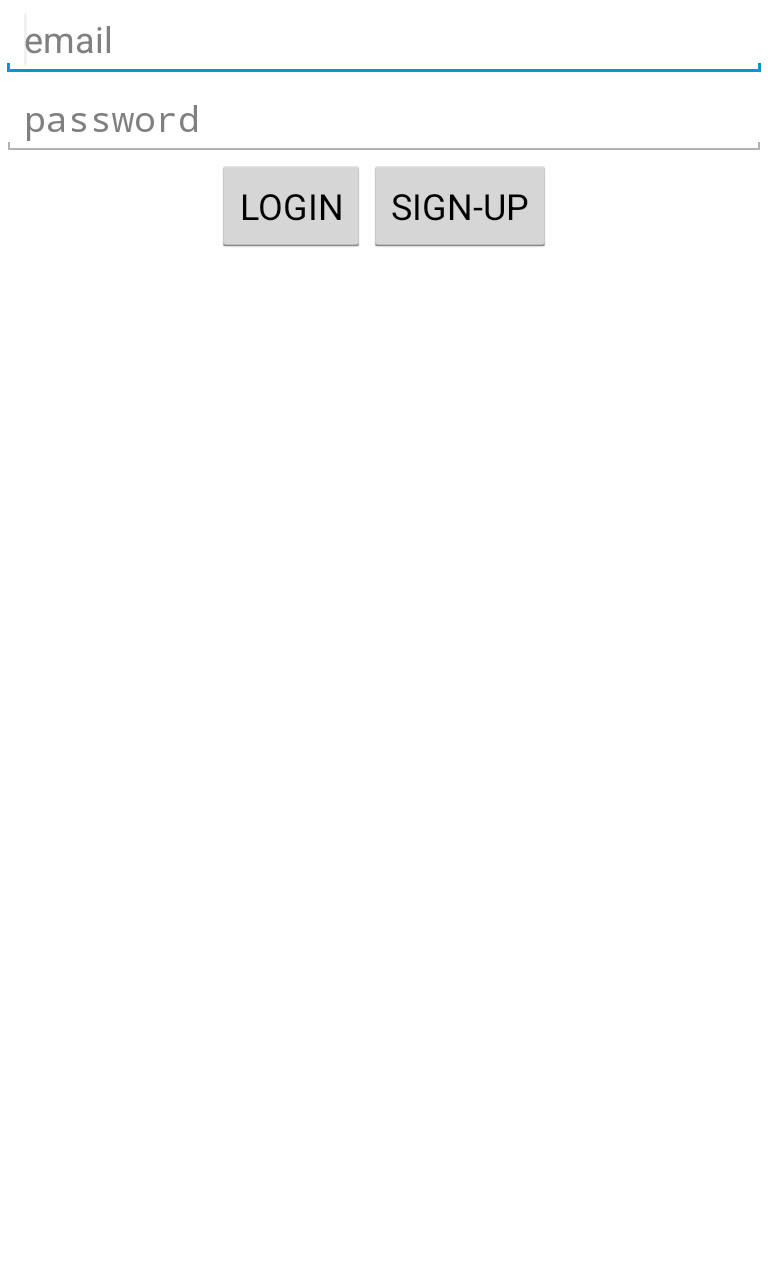
Repository: elvispap/The_Voice_of_People_Android_app
Layout: Voice of People/res/layout/login.xml
An editor plug-in stored every save of this project. The layout is shown before and after the next save, followed by the edit.
It is drawn on a 768 x 1280 px phone screen (xhdpi) without system bars, with theme AppTheme; the app's code is not run.

Above is the layout before, as saved 2014-01-02 15:52:23.

After the next save:
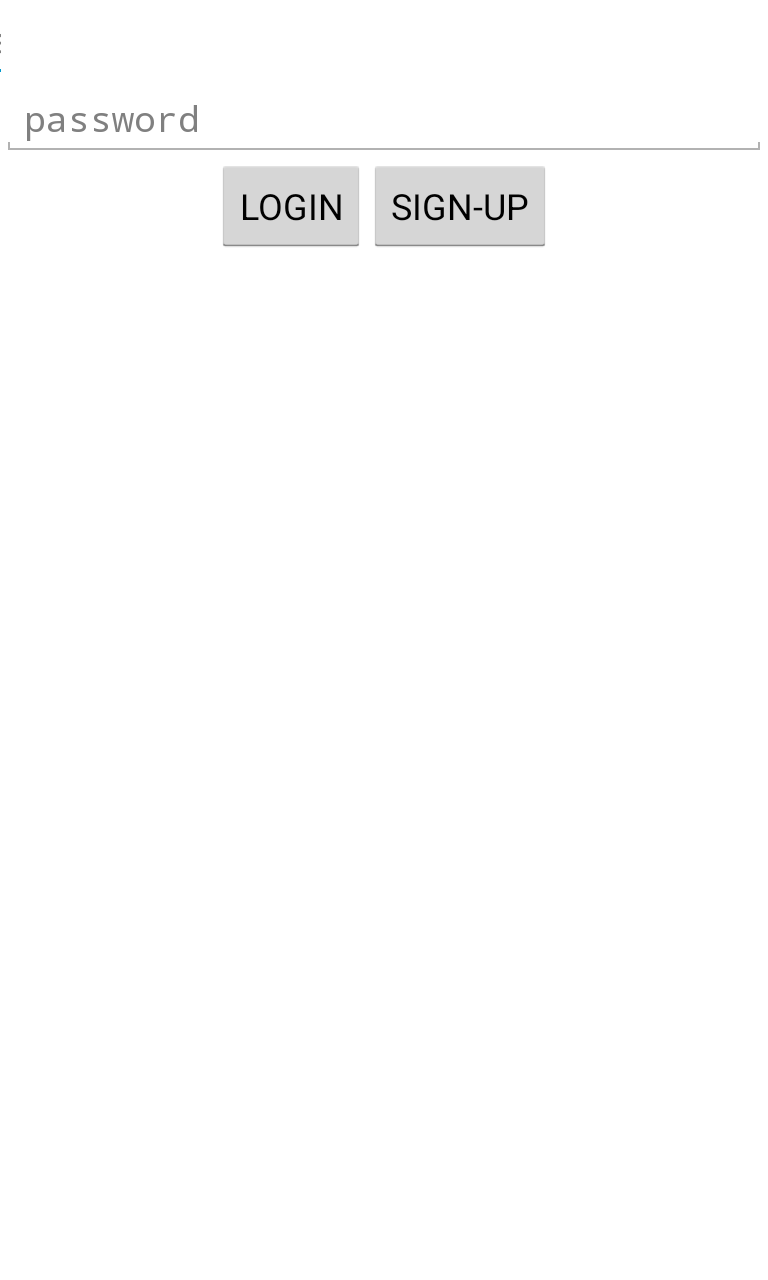
Saved 3 min 25 s later.
--- a/Voice of People/res/layout/login.xml
+++ b/Voice of People/res/layout/login.xml
@@ -6,7 +6,7 @@
 
     <EditText
         android:id="@+id/email"
-        android:layout_width="match_parent"
+        android:layout_width="70%"
         android:layout_height="wrap_content"
         android:ems="10"
         android:hint="email"
